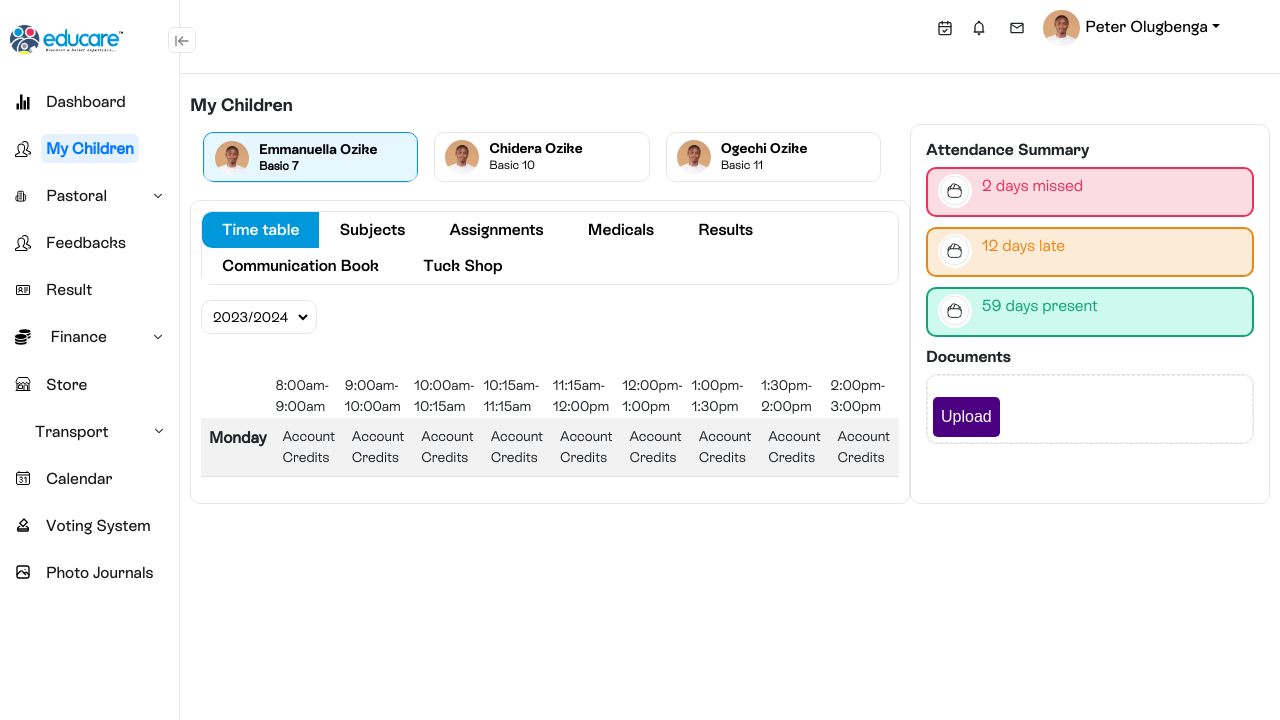
Repository: sarahnnanyelugo/educare-dashboards
Page: /my-children
The author's editor kept a copy of each file at every save. The page is drawn from the files as they stood at one save, then again after the next save.
The browser window is 1280 px wide. The pictures show the whole page.
The project was rebuilt for these pictures with package versions that can differ from the ones it lists, and the page was loaded fresh each time. Also part of the build but not shown: src/Dashboards/Parents/MainView/main-view.scss, src/components/News/news.scss, src/components/News/News.js, src/TestData/newsData.js, src/TestData/schEvents.js, src/components/ResultChart/ResultChart.js, src/components/Calender/calender.scss, src/components/Calender/Calender.js and 5 more.

Above is the page before, as saved 2024-10-16 08:42:07.

### src/App.js
import logo from "./logo.svg";
import "./App.scss";
import "bootstrap/dist/css/bootstrap.min.css";
import { BrowserRouter, Routes, Route, Link, Outlet } from "react-router-dom";
import { ParentsLayout } from "./Layouts/ParentsLayout";
import { MainNews } from "./pages/NewsPage/MainNews/MainNews";
import { NewsPage } from "./pages/NewsPage/NewsPage";
function App() {
  return (
    <>
      {" "}
      <Routes>
        <Route path="/*" element={<ParentsLayout />} />{" "}
        <Route path="news-page" element={<NewsPage />} />
        <Route path="main-news/:blog_id" element={<MainNews />} />
      </Routes>
    </>
  );
}

export default App;

### src/App.scss
.App-link {
  color: #61dafb;
}

@keyframes App-logo-spin {
  from {
    transform: rotate(0deg);
  }
  to {
    transform: rotate(360deg);
  }
}
@font-face {
  font-family: rebondG;
  src: url(./assets/fonts/Rebond_font/RebondG.otf);
}
@font-face {
  font-family: rebondG-Bold;
  src: url(./assets/fonts/Rebond_font/RebondG-Bold.otf);
}
@font-face {
  font-family: rebondG-Semi-Bold;
  src: url(./assets/fonts/Rebond_font/Rebond-semibold.otf);
}
@font-face {
  font-family: rebondG-Medium;
  src: url(./assets/fonts/Rebond_font/RebondGrotesqueMedium.otf);
}
@font-face {
  font-family: rebondBook;
  src: url(./assets/fonts/Rebond_font/RebondG-Book.ttf);
}
@font-face {
  font-family: rebondLight;
  src: url(./assets/fonts/Rebond_font/RebondGLight.otf);
}
@font-face {
  font-family: rebondMI;
  src: url(./assets/fonts/Rebond_font/RebondGrotesqueMediumitalic.otf);
}
p,
small,
link {
  font-family: rebondBook;
}
h1,
h2,
h3,
h4,
h5,
h6 {
  font-family: rebondG-Bold;
}
a {
  font-family: rebondG-Medium;
  text-decoration: none !important;
}
.card {
  border: 1px solid #e7e7e7 !important;
  border-radius: 10px !important;
}
select {
  border: none;
  background: #fff;
  padding: 7px;
  border-radius: 10px;
  width: 95%;
  font-size: 14px !important;
  font-family: rebondBook !important;
}

### src/Layouts/ParentsLayout.js
import React from "react";
import { Routes, Route, Navigate } from "react-router-dom";
import { TopNav } from "../components/TopNav/TopNav";
import { MainView } from "../Dashboards/Parents/MainView/MainView";
import { MyChildren } from "../Dashboards/Parents/MyChildren/MyChildren";
import { SideNav } from "../Dashboards/SideNav/SideNav";
export const ParentsLayout = () => {
  return (
    <>
      <div className="d-md-flex">
        <div className="col-md-">
          <SideNav />
        </div>
        <div className="container-fluid" style={{ padding: "0px 0px" }}>
          <TopNav />
          <Routes>
            <Route path="/" element={<MainView />} />{" "}
            <Route path="/my-children" element={<MyChildren />} />{" "}
          </Routes>
        </div>
      </div>
    </>
  );
};

### src/components/TopNav/TopNav.js
import React from "react";
import "./top-nav.scss";
import { LuCalendarCheck } from "react-icons/lu";
import { CgBell } from "react-icons/cg";
import { MdOutlineEmail } from "react-icons/md";
import Container from "react-bootstrap/Container";
import Nav from "react-bootstrap/Nav";
import Navbar from "react-bootstrap/Navbar";
import Icon5 from "../../assets/images/peter.png";

import Dropdown from "react-bootstrap/Dropdown";

export const TopNav = () => {
  return (
    <div className="top-nav-container">
      <ul className="list-inline">
        <li className="list-inline-item">
          <LuCalendarCheck />
        </li>
        <li className="list-inline-item">
          <CgBell />
        </li>{" "}
        <li className="list-inline-item">
          <MdOutlineEmail />
        </li>
        <li className="list-inline-item">
          <div className="profile-drop">
            <Dropdown>
              <Dropdown.Toggle>
                <img src={Icon5} width="37px" />
                Peter Olugbenga
              </Dropdown.Toggle>

              <Dropdown.Menu>
                <Dropdown.Item href="/dashboard-selector">
                  My Roles
                </Dropdown.Item>
                <hr />
                <Dropdown.Item style={{ color: "#DE1E1E" }}>
                  Sign out
                </Dropdown.Item>
              </Dropdown.Menu>
            </Dropdown>
          </div>
        </li>
      </ul>
    </div>
  );
};

### src/Dashboards/Parents/MyChildren/MyChildren.js
import React, { useEffect, useState } from "react";
import { useLocation } from "react-router-dom";
import "./my-children.scss";
import {
  child1,
  child2,
  child3,
  children,
} from "../../../TestData/childrenData";
import { Children } from "./Children";
import { ActivityTab } from "./ActivityTab";
import Icon from "../../../assets/images/wallet.png";
import { FileUpload } from "../../../components/FIleUpload/FileUpload";

export const MyChildren = () => {
  const [activeTab, setActiveTab] = useState(1); // Default to first tab
  const location = useLocation(); // Get the location object

  const getTabIndexFromUrl = () => {
    const params = new URLSearchParams(location.search);
    const tab = params.get("tab");
    return tab ? parseInt(tab, 10) : 1; // Return the tab index or default to 1
  };

  useEffect(() => {
    const initialTab = getTabIndexFromUrl();
    setActiveTab(initialTab); // Set the active tab based on the URL parameter
  }, [location.search]); // Re-run when the location changes

  const handleClick2 = (index) => {
    setActiveTab(index); // Set the active tab
  };

  const checkActive = (index, className) => {
    return activeTab === index ? className : "";
  };

  return (
    <div className="my-children-view">
      <h6 style={{ fontSize: "18px", marginTop: "20px" }}>My Children</h6>
      <div className="d-md-flex">
        <div className="col-md-8 ">
          <div className="tabs col-md-12 row row-cols-1 row-cols-lg-3 g-2 g-lg-3">
            {children.map((data, index) => (
              <Children
                data={data}
                handleClick2={handleClick2}
                tabIndex={index + 1}
                key={index}
                isActive={activeTab === index + 1} // Set active based on activeTab state
                mode="tab" // This mode is for tab triggering
              />
            ))}
          </div>
          <div className="panels">
            <div className={`panel ${checkActive(1, "active2")}`}>
              <ActivityTab data={child1} />
            </div>
            <div className={`panel ${checkActive(2, "active2")}`}>
              {" "}
              <ActivityTab data={child2} />
            </div>
            <div className={`panel ${checkActive(3, "active2")}`}>
              {" "}
              <ActivityTab data={child3} />
            </div>
          </div>
        </div>
        <div className="col-md-4 card attendance-summary">
          <h6>Attendance Summary</h6>
          <div className="attendance missed d-flex">
            <img src={Icon} width="34px" height="34px" />
            <p>2 days missed</p>
          </div>{" "}
          <div className="attendance late d-flex">
            <img src={Icon} width="34px" height="34px" />
            <p>12 days late</p>
          </div>{" "}
          <div className="attendance present d-flex">
            <img src={Icon} width="34px" height="34px" />
            <p>59 days present</p>
          </div>
          <h6>Documents</h6>
          <div className="card">
            <div className="fil-upload">
              <FileUpload />
            </div>
          </div>
        </div>
      </div>
    </div>
  );
};

### src/components/TopNav/top-nav.scss
.top-nav-container {
  height: 74px;
  border-bottom: solid 1px #e4e7ec;
  //   padding-top: 20px;
  padding-right: 50px;
  ul {
    float: right;
    li {
      margin: 10px;
    }
  }
  .profile-drop {
    .btn {
      padding: 0;
      background: #fff !important;
      border: none !important;
      color: #000;
      font-family: rebondG-Medium;
      font-size: 16px;
      img {
        border-radius: 100%;
        margin-right: 5px;
      }
    }
    .dropdown-menu {
      border: solid 1px #d0d5dd;
      font-family: montM;
      box-shadow: 0px 1px 3px #1018281a;
      border: 1px solid #e4e7ec;
      border-radius: 10px;
      min-height: 150px;
      width: 230px !important;
      padding: 20px 10px;
      font-size: 14px;
      a {
        padding: 10px;
      }
      hr {
        border: solid 1px #d0d5dd;
      }
    }
  }
}

### src/TestData/childrenData.js
import Img1 from "../assets/images/peter.png";
export const children = [
  {
    name: "Emmanuella Ozike",
    img: Img1,
    class: "Basic 7",
    id: 1,
  },
  {
    name: "Chidera Ozike",
    img: Img1,
    class: "Basic 10",
    id: 1,
  },
  {
    name: "Ogechi Ozike",
    img: Img1,
    class: "Basic 11",
    id: 1,
  },
];

export const child1 = {
  data: [
    {
      id: 1,
      day: "Monday",
      period1: "Account Credits",
      period2: "Account Credits",
      period3: "Account Credits",
      period4: "Account Credits",
      period5: "Account Credits",
      period6: "Account Credits",
      period7: "Account Credits",
      period8: "Account Credits",
      period9: "Account Credits",
    },
  ],
};
export const child2 = {
  data: [
    {
      id: 1,
      day: "Monday",
      period1: "English",
      period2: "Biology",
      period4: "Account Credits",
      period5: "Account Credits",
      period6: "Account Credits",
      period7: "Account Credits",
      period8: "Account Credits",
      period9: "Account Credits",
    },
  ],
};
export const child3 = {
  data: [
    {
      id: 1,
      day: "Monday",
      period1: " Credits",
      period2: " Credits",
      period3: "Account Credits",
      period4: "Account Credits",
      period5: "Account Credits",
      period6: "Account Credits",
      period7: "Account Credits",
      period8: "Account Credits",
      period9: "Credits",
    },
  ],
};

### src/Dashboards/Parents/MyChildren/Children.js
import React, { useState } from "react";
import { Link } from "react-router-dom";
import "./my-children.scss";
export const Children = ({
  data,
  handleClick2,
  tabIndex,
  isActive,
  mode,
  linkUrl,
}) => {
  const handleClick = () => {
    if (mode === "tab" && handleClick2) {
      handleClick2(tabIndex); // Trigger the tab change only in tab mode
    } else if (mode === "link" && linkUrl) {
      window.location.href = linkUrl; // Navigate to the link in link mode
    }
  };
  return (
    <>
      <div className="col">
        <div className={isActive && mode === "tab" ? "active-component" : ""}>
          {" "}
          <div className="d-flex children-div col-md-12" onClick={handleClick}>
            <div>
              {" "}
              <img src={data.img} width="34px" height="34px" />
            </div>
            <div>
              <h6>{data.name}</h6>
              <p>{data.class}</p>
            </div>
          </div>
        </div>
      </div>
    </>
  );
};

### src/Dashboards/Parents/MyChildren/my-children.scss
.my-children-view {
  padding: 0 10px;
  .tabs {
    display: flex;
    width: 100%;
    padding: 8px 13px;
    font-family: rebondG-Bold;
  }

  .active-component {
    font-weight: bold;
    background: #e6f7ff;
    color: #fff;
    border: solid 1px #0098da;
    height: 50px;
    border-radius: 10px;
  }

  .panel {
    display: none;
    // color: #161617;
    // font-family: rebondG;
    // line-height: 40px;
    // padding-top: 65px;
    // background: #fff;
  }

  .panel.active2 {
    display: block;
  }
}

.children-div {
  height: 50px;
  padding: 7px 10px;
  margin-bottom: 10px;
  color: #000;
  border: solid 1px #e7e7e7;
  border-radius: 10px;
  &:hover {
    background: #e7e7e7;
  }
  img {
    border-radius: 100%;
    margin-right: 10px;
  }
  h6 {
    margin-bottom: 0;
    font-size: 14px;
  }
  p {
    font-size: 12px;
  }
}
.attendance-summary {
  padding: 15px;
}
.attendance {
  height: 50px;
  border-radius: 10px;
  padding: 5px 10px;
  margin-bottom: 10px;
  img {
    border-radius: 100%;
    margin-right: 10px;
  }
}
.missed {
  border: solid 2px #ed2f59;
  background: #fcdce3;
  color: #ed2f59;
}
.late {
  border: solid 2px #ea8713;
  background: #fcebd7;
  color: #ea8713;
}
.present {
  border: solid 2px #11a377;
  background: #cdfaec;
  color: #11a377;
}
.activity-tab {
  padding: 10px;
  .tabs2 {
    border: solid 1px #e7e7e7;
    border-radius: 10px;
    padding: 0px 0px;
    margin-bottom: 15px;
    button {
      background: #fff;
      border: none;
      padding: 6px 20px;
      font-family: rebondG-Semi-Bold;
    }
  }
  .edge {
    border-top-left-radius: 10px;
    border-bottom-left-radius: 10px;
  }
  .edge2 {
    border-top-right-radius: 10px;
    border-bottom-right-radius: 10px;
  }
}
.active3 {
  background: #0098da !important;
  color: #fff;
}

### src/Dashboards/Parents/MyChildren/ActivityTab.js
import React, { useState } from "react";
import Timetable from "../../../components/SampleTable/SampleTable";
import TimeTable from "../../../components/TimeTable/TimeTable";
import { child1, child2 } from "../../../TestData/childrenData";
import { subjects } from "../../../TestData/subjects";

export const ActivityTab = ({ data }) => {
  const [activeIndex, setActiveIndex] = useState(1);
  const handleClick = (index) => setActiveIndex(index);
  const checkActive = (index, className) =>
    activeIndex === index ? className : "";

  return (
    <div className="activity-tab card">
      <div className="tabs2 offset-md-">
        <button
          className={`tab2 edge ${checkActive(1, "active3")}`}
          onClick={() => handleClick(1)}
        >
          Time table
        </button>
        <button
          className={`tab2 ${checkActive(2, "active3")}`}
          onClick={() => handleClick(2)}
        >
          Subjects
        </button>{" "}
        <button
          className={`tab2 ${checkActive(3, "active3")}`}
          onClick={() => handleClick(3)}
        >
          Assignments
        </button>{" "}
        <button
          className={`tab2 ${checkActive(4, "active3")}`}
          onClick={() => handleClick(4)}
        >
          Medicals
        </button>{" "}
        <button
          className={`tab2 ${checkActive(5, "active3")}`}
          onClick={() => handleClick(5)}
        >
          Results
        </button>{" "}
        <button
          className={`tab2 ${checkActive(6, "active3")}`}
          onClick={() => handleClick(6)}
        >
          Communication Book
        </button>{" "}
        <button
          className={`tab2 edge2 ${checkActive(7, "active3")}`}
          onClick={() => handleClick(7)}
        >
          Tuck Shop
        </button>
      </div>
      <div className="panels">
        <div className={`panel ${checkActive(1, "active2")}`}>
          <div className="col-md-2 card">
            <select>
              <option>2023/2024</option>
              <option>2022/2021</option>
              <option>2021/2020</option>
            </select>
          </div>
          <TimeTable data={data} />
          {/* <Timetable /> */}
        </div>
        <div className={`panel ${checkActive(2, "active2")}`}>
          {" "}
          <ul>
            {subjects.map((item, index) => (
              <li key={index}>
                <strong>{item.subject}</strong>: {item.teacher}
              </li>
            ))}
          </ul>
        </div>
        <div className={`panel ${checkActive(3, "active2")}`}> 3</div>
        <div className={`panel ${checkActive(4, "active2")}`}> 4</div>
        <div className={`panel ${checkActive(5, "active2")}`}> 5</div>
        <div className={`panel ${checkActive(6, "active2")}`}> 6</div>
        <div className={`panel ${checkActive(7, "active2")}`}> 7</div>
      </div>
    </div>
  );
};

### src/components/FIleUpload/FileUpload.js
import React from "react";
import "./file-upload.scss";
export const FileUpload = (props) => {
  return (
    <>
      <div className="file-upload-div d-flex">
        <p>{props.file}</p>
        <div>
          {" "}
          <input type="file" id="actual-btn" hidden />
          <label for="actual-btn">Upload</label>
        </div>
      </div>
    </>
  );
};

### src/Dashboards/SideNav/SidebarData.js
import React from "react";
import * as FaIcons from "react-icons/fa";
import * as AiIcons from "react-icons/ai";
import * as IoIcons from "react-icons/io";

export const SidebarData = [
  {
    name: "Dashboard",
    icon: "IoStatsChartSharp",
    url: "/",
  },
  {
    name: "My Children",
    icon: "SlPeople",
    url: "/my-children",
  },
  {
    name: "Pastoral",
    icon: "LuBuilding2",
    url: "/pastoral",
    accordion: true,
    accordionContent: [
      { name: "Ministry", url: "/pastoral/ministry" },
      { name: "Sermons", url: "/pastoral/sermons" },
      { name: "Events", url: "/pastoral/events" },
    ],
  },
  {
    name: "Feedbacks",
    icon: "SlPeople",
    url: "/feedbacks",
  },
  {
    name: "Result",
    icon: "LiaIdCardSolid",
    url: "/result",
  },
  {
    name: "Finance",
    icon: "FaCoins",
    url: "/finance",
    accordion: true,
    accordionContent: [
      { name: "Donations", url: "/finance/donations" },
      { name: "Expenses", url: "/finance/expenses" },
      { name: "Reports", url: "/finance/reports" },
    ],
  },
  {
    name: "Store",
    icon: "IoStorefrontOutline",
    url: "/store",
  },
  {
    name: "Transport ",
    icon: "MdOutlineEmojiTransportation",
    url: "/transport",
    accordion: true,
    accordionContent: [
      { name: "Bus Routes", url: "/transport/routes" },
      { name: "Schedules", url: "/transport/schedules" },
      { name: "Ticketing", url: "/transport/ticketing" },
    ],
  },
  {
    name: "Calendar",
    icon: "IoCalendarNumberOutline",
    url: "/calendar",
  },
  {
    name: "Voting System",
    icon: "MdOutlineHowToVote",
    url: "/voting",
  },
  {
    name: "Photo Journals",
    icon: "TbPhoto",
    url: "/photo-journals",
  },
];

### src/Dashboards/SideNav/side-nav.scss
.side-nav-div {
  background: #fff;
  .nav-inner {
    padding: 25px 5px 5px 10px;
    display: flex;
    align-items: center;
  }
  border-right: 1px solid #e7e7e7;
  a {
    color: #191919;
    font-size: 16px;
    padding: 5px 5px 5px 5px;

    border-radius: 6px;
  }
  ul {
    // background: red;
    li {
      margin: 22px 15px !important;
      &:hover {
        background: #e7e7e7;
        border-radius: 6px;
      }
    }
  }
  .accordion-button {
    padding: 3px 0 3px 5px !important;
    margin-left: 0 !important;
    font-size: 16px;
    font-family: rebondG-Medium;
    font-weight: normal !important;
    &:hover {
      background: red;
    }
    // background: red !important;
  }
  .accordion-body {
    border-left: 1px solid #e7e7e7;
    margin-top: 20px;
  }
  .accordion-button:not(.collapsed) {
    border-bottom: 0 !important;
  }
  .accordion-button::after {
    display: none;
    // width: 10px;
    // height: 10px;
  }
  .accordion-item {
    border: none !important;
  }
  .active-link {
    color: #007bff; /* Change to your desired active link color */
    font-weight: bold; /* Optional: make the text bold */
    background-color: rgba(
      0,
      123,
      255,
      0.1
    ); /* Optional: add a background color */
  }
}

### src/components/TimeTable/TimeTable.js
import React, { useState, useEffect } from "react";
import "./time-table.scss";
import Table from "react-bootstrap/Table";
import { Link } from "react-router-dom";

const TimeTable = (props) => {
  return (
    <>
      <div className="time-table-container">
        <Table className="col-md-12 col-12" striped responsive>
          <tr>
            <td></td>
            <td>8:00am-9:00am</td>
            <td>9:00am-10:00am</td>
            <td>10:00am-10:15am</td>
            <td>10:15am-11:15am</td>
            <td>11:15am-12:00pm</td>
            <td>12:00pm-1:00pm</td>
            <td>1:00pm-1:30pm</td>
            <td>1:30pm-2:00pm</td>
            <td>2:00pm-3:00pm</td>
          </tr>

          <tbody>
            {props.data.data.map((item, index) => (
              <tr>
                <th>{item.day}</th>
                <td>{item.period1}</td>
                <td>{item.period2}</td>
                <td>{item.period3}</td>
                <td>{item.period4}</td>
                <td>{item.period5}</td>
                <td>{item.period6}</td>
                <td>{item.period7}</td>
                <td>{item.period8}</td>
                <td>{item.period9}</td>
              </tr>
            ))}
          </tbody>
        </Table>
      </div>
    </>
  );
};
export default TimeTable;

### src/TestData/subjects.js
export const subjects = [
  {
    subject: "Mathematics",
    teacher: "Mr. John",
  },
  {
    subject: "English",
    teacher: "Ms. Jane",
  },
  {
    subject: "Biology",
    teacher: "Dr. Smith",
  },
];

### src/components/FIleUpload/file-upload.scss
.file-upload-div {
  border: dashed 1px #e7e7e7;
  border-radius: 10px;
  padding: 5px;
  label {
    background-color: indigo;
    color: white;
    padding: 0.5rem;
    font-family: sans-serif;
    border-radius: 0.3rem;
    cursor: pointer;
    margin-top: 1rem;
  }
}

### src/components/TimeTable/time-table.scss
.time-table-container {
  padding-top: 40px;
  tr {
    td {
      font-family: rebondBook;
      font-size: 14px;
    }
    th {
      font-family: rebondG-Medium;
    }
  }
}

Loaded but not shown: public/index.html (common file); src/index.js (common file); src/index.css (common file); src/reportWebVitals.js (common file); src/Dashboards/SideNav/SideNav.js (193 lines, source omitted)

After the next save:
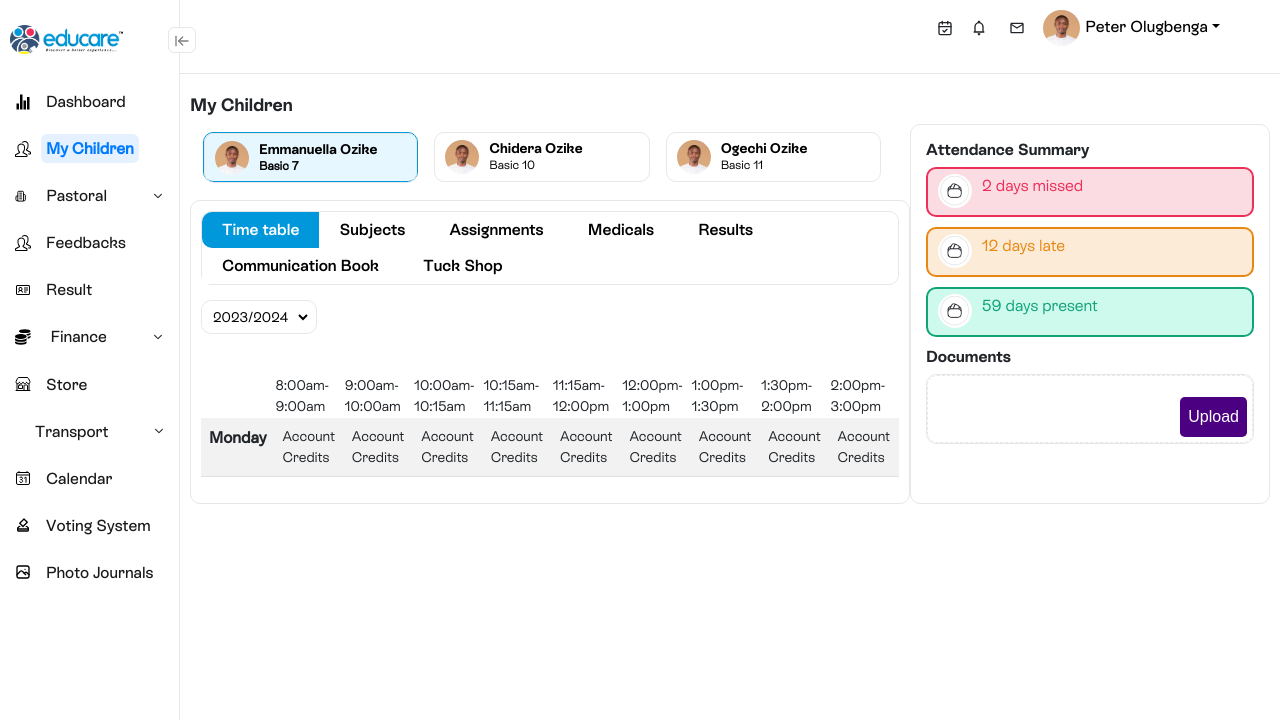
Saved 17 s later.
--- a/src/components/FIleUpload/FileUpload.js
+++ b/src/components/FIleUpload/FileUpload.js
@@ -4,7 +4,7 @@ export const FileUpload = (props) => {
   return (
     <>
       <div className="file-upload-div d-flex">
-        <p>{props.file}</p>
+        <p style={{ flexGrow: 1 }}>{props.file}</p>
         <div>
           {" "}
           <input type="file" id="actual-btn" hidden />
